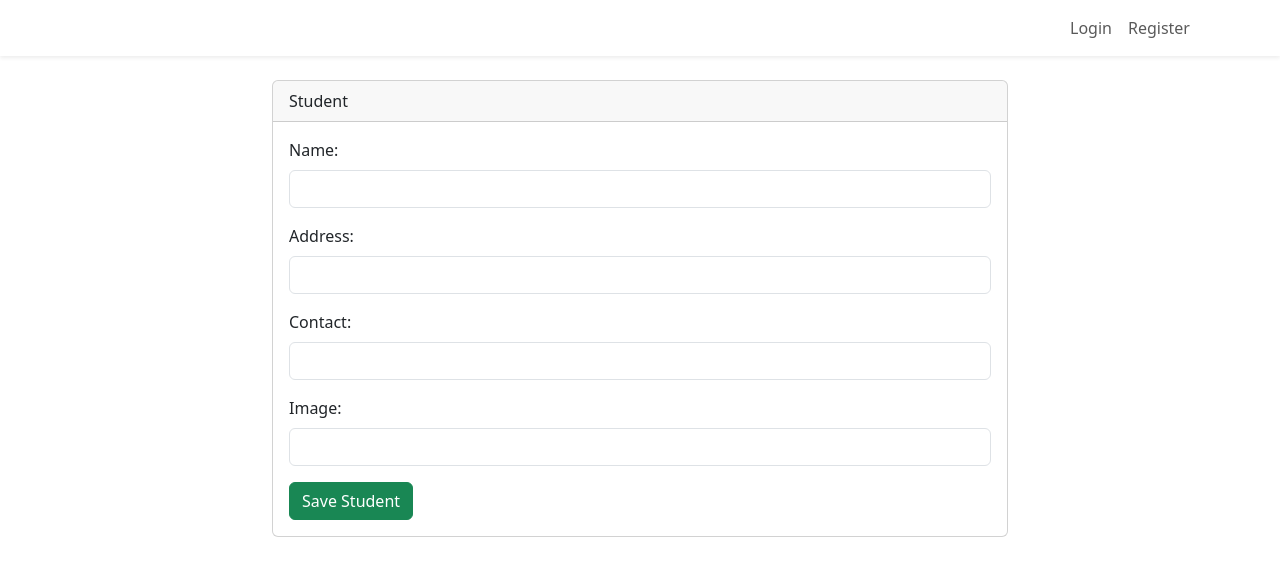
Repository: kunwarganesh07/Example
Page: http://localhost/student/create
The author's editor kept a copy of each file at every save. The page is drawn from the files as they stood at one save, then again after a run of saves.
The browser window is 1280 px wide. The pictures show the whole page.
The page is served by the project's Laravel application, run on PHP 8.4 with Laravel 12. Other server files are loaded and not shown.

Above is the page before, as saved 2025-11-16 14:23:50.

### routes/web.php
<?php


use App\Http\Controllers\HomeController;
use App\Http\Controllers\StudentController;
use App\Http\Controllers\TeacherController;
use Illuminate\Support\Facades\Auth;
use Illuminate\Support\Facades\Route;

Route::get('/', function () {
    return view('welcome');
});

Auth::routes();

Route::get('/home', [HomeController::class, 'index'])->name('home');
Route::get('/student', [StudentController::class, 'index'])->name('student.index');
Route::get('/student/create', [StudentController::class, 'create'])->name('student.create');
Route::post('store', [StudentController::class, 'store'])->name('store');
Route::put('update/{id}', [StudentController::class, 'update'])->name('students.update');
Route::delete('delete/{id}', [StudentController::class, 'destroy'])->name('students.delete');



Route::get('student/edit/{id}', [StudentController::class, 'edit'])->name('students.edit');

Route::get('/teachers', [TeacherController::class, 'index'])->name('teachers.index');
Route::get('/teachers/create', [TeacherController::class, 'create'])->name('teachers.create');
Route::post('/teachers/store', [TeacherController::class, 'store'])->name('teachers.store');

### app/Http/Controllers/StudentController.php
<?php

namespace App\Http\Controllers;

use App\Models\Student;
use Illuminate\Http\Request;

class StudentController extends Controller
{
    /**
     * Display a listing of the resource.
     */
    public function index()
    {
        $student = Student::all();
        return view('student.index', compact('student'));
    }

    /**
     * Show the form for creating a new resource.
     */
    public function create()
    {
        return view('student.create');
    }

    /**
     * Store a newly created resource in storage.
     */
    public function store(Request $request)
    {
        $student = new Student();
        $student->name = $request->name;
        $student->contact = $request->contact;
        $student->address = $request->address;
        $student->save();
        return redirect()->route('student.index');
    }

    /**
     * Display the specified resource.
     */
    public function show(string $id)
    {
        //
    }

    /**
     * Show the form for editing the specified resource.
     */
    public function edit(string $id)
    {
        // dd($id);
        $student = Student::findOrfail($id);
        return view('student.edit', compact('student'));
    }

    /**
     * Update the specified resource in storage.
     */
    public function update(Request $request, string $id)
    {
        $data = Student::findOrfail($id);
        $data->name = $request->name;
        $data->address = $request->address;
        $data->contact = $request->contact;
        $data->save();

        return redirect()->route('student.index');
    }

    /**
     * Remove the specified resource from storage.
     */
    public function destroy(string $id)
    {
        $data = Student::findOrfail($id);
        $data->delete();
        return redirect()->route('student.index');
        // dd('DELETE STUDENT');
    }
}

### resources/views/student/create.blade.php
@extends('layouts.app')

@section('content')
    <div class="container">
        <div class="row justify-content-center">
            <div class="col-md-8">
                <div class="card">
                    <div class="card-header">{{ __('Student') }}
                    </div>

                    <div class="card-body">
                        <form action="{{ route('store') }}" method="POST">
                            @csrf
                            <div class="mb-3">
                                <label for="name" class="form-label">Name:</label>
                                <input type="text" name="name" class="form-control" required>
                            </div>

                            <div class="mb-3">
                                <label for="address" class="form-label">Address:</label>
                                <input type="text" name="address" class="form-control" required>
                            </div>

                            <div class="mb-3">
                                <label for="contact" class="form-label">Contact:</label>
                                <input type="text" name="contact" class="form-control" required>
                            </div>
                            <div class="mb-3">
                                <label for="image" class="form-label">Image:</label>
                                <input type="text" name="image" class="form-control" required>
                            </div>

                            <button type="submit" class="btn btn-success">Save Student</button>
                        </form>
                    </div>
                </div>
            </div>
        </div>
    </div>
@endsection

### resources/views/layouts/app.blade.php
<!doctype html>
<html lang="{{ str_replace('_', '-', app()->getLocale()) }}">

<head>
    <meta charset="utf-8">
    <meta name="viewport" content="width=device-width, initial-scale=1">

    <!-- CSRF Token -->
    <meta name="csrf-token" content="{{ csrf_token() }}">

    <title>{{ config('app.name', 'Laravel') }}</title>

    <!-- Fonts -->
    <link rel="dns-prefetch" href="//fonts.bunny.net">
    <link href="https://fonts.bunny.net/css?family=Nunito" rel="stylesheet">

    <link rel="stylesheet" href="https://cdn.jsdelivr.net/npm/bootstrap@5.3.8/dist/css/bootstrap.min.css">
    <script src="https://cdn.jsdelivr.net/npm/bootstrap@5.3.8/dist/js/bootstrap.bundle.min.js"></script>
    <!-- Scripts -->
    {{-- @vite(['resources/sass/app.scss', 'resources/js/app.js']) --}}
</head>

<body>
    <div id="app">
        <nav class="navbar navbar-expand-md navbar-light bg-white shadow-sm">
            <div class="container">
                @auth
                    <a class="navbar-brand" href="{{ url('/') }}">
                        {{ config('app.name', 'Laravel') }}
                    </a>
                    <a class="navbar-brand" href="{{ route('student.index') }}">
                        {{ 'Student' }}
                    </a>
                    <a class="navbar-brand" href="{{ route('teachers.index') }}">
                        {{ 'Teacher' }}
                    </a>
                @endauth
                <button class="navbar-toggler" type="button" data-bs-toggle="collapse"
                    data-bs-target="#navbarSupportedContent" aria-controls="navbarSupportedContent"
                    aria-expanded="false" aria-label="{{ __('Toggle navigation') }}">
                    <span class="navbar-toggler-icon"></span>
                </button>

                <div class="collapse navbar-collapse" id="navbarSupportedContent">
                    <!-- Left Side Of Navbar -->
                    <ul class="navbar-nav me-auto">

                    </ul>

                    <!-- Right Side Of Navbar -->
                    <ul class="navbar-nav ms-auto">
                        <!-- Authentication Links -->
                        @guest
                            @if (Route::has('login'))
                                <li class="nav-item">
                                    <a class="nav-link" href="{{ route('login') }}">{{ __('Login') }}</a>
                                </li>
                            @endif

                            @if (Route::has('register'))
                                <li class="nav-item">
                                    <a class="nav-link" href="{{ route('register') }}">{{ __('Register') }}</a>
                                </li>
                            @endif
                        @else
                            <li class="nav-item dropdown">
                                <a id="navbarDropdown" class="nav-link dropdown-toggle" href="#" role="button"
                                    data-bs-toggle="dropdown" aria-haspopup="true" aria-expanded="false" v-pre>
                                    {{ Auth::user()->name }}
                                </a>

                                <div class="dropdown-menu dropdown-menu-end" aria-labelledby="navbarDropdown">
                                    <a class="dropdown-item" href="{{ route('logout') }}"
                                        onclick="event.preventDefault();
                                                     document.getElementById('logout-form').submit();">
                                        {{ __('Logout') }}
                                    </a>

                                    <form id="logout-form" action="{{ route('logout') }}" method="POST" class="d-none">
                                        @csrf
                                    </form>
                                </div>
                            </li>
                        @endguest
                    </ul>
                </div>
            </div>
        </nav>

        <main class="py-4">
            @yield('content')
        </main>
    </div>
</body>

</html>

Loaded but not shown: app/Http/Controllers/Auth/ConfirmPasswordController.php (common file); app/Http/Controllers/Controller.php (common file)

After the next 2 saves:
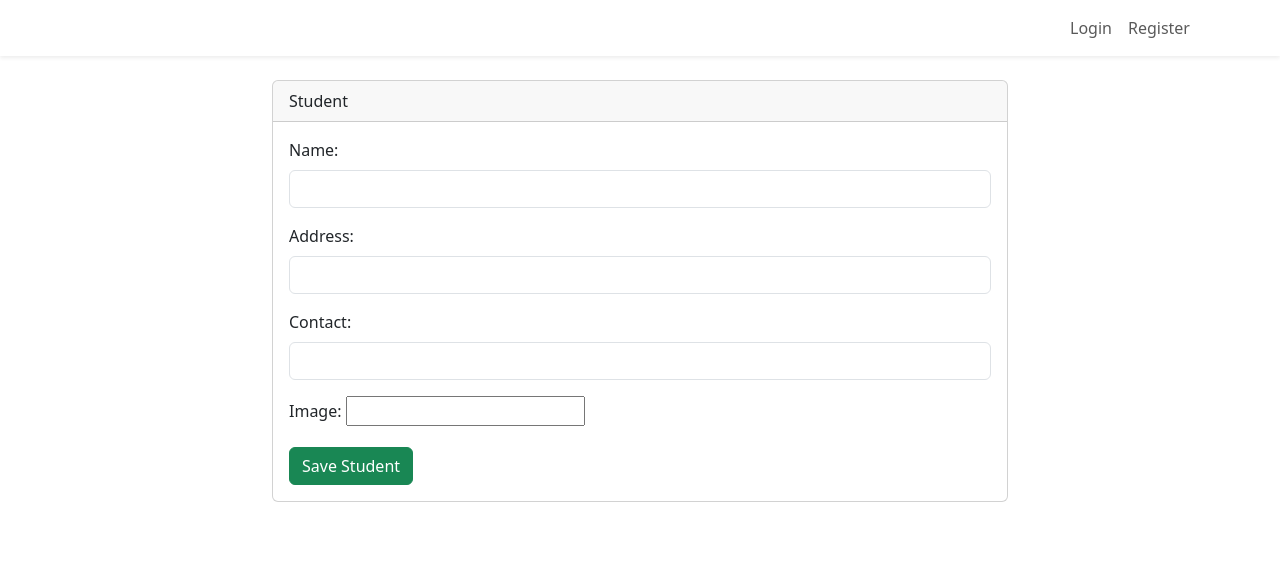
The 2 saves are shown as one change because they came seconds apart.
The last was saved 11 s later.
--- a/resources/views/student/create.blade.php
+++ b/resources/views/student/create.blade.php
@@ -27,7 +27,7 @@
                             </div>
                             <div class="mb-3">
                                 <label for="image" class="form-label">Image:</label>
-                                <input type="text" name="image" class="form-control" required>
+                                <input type="text">
                             </div>
 
                             <button type="submit" class="btn btn-success">Save Student</button>
